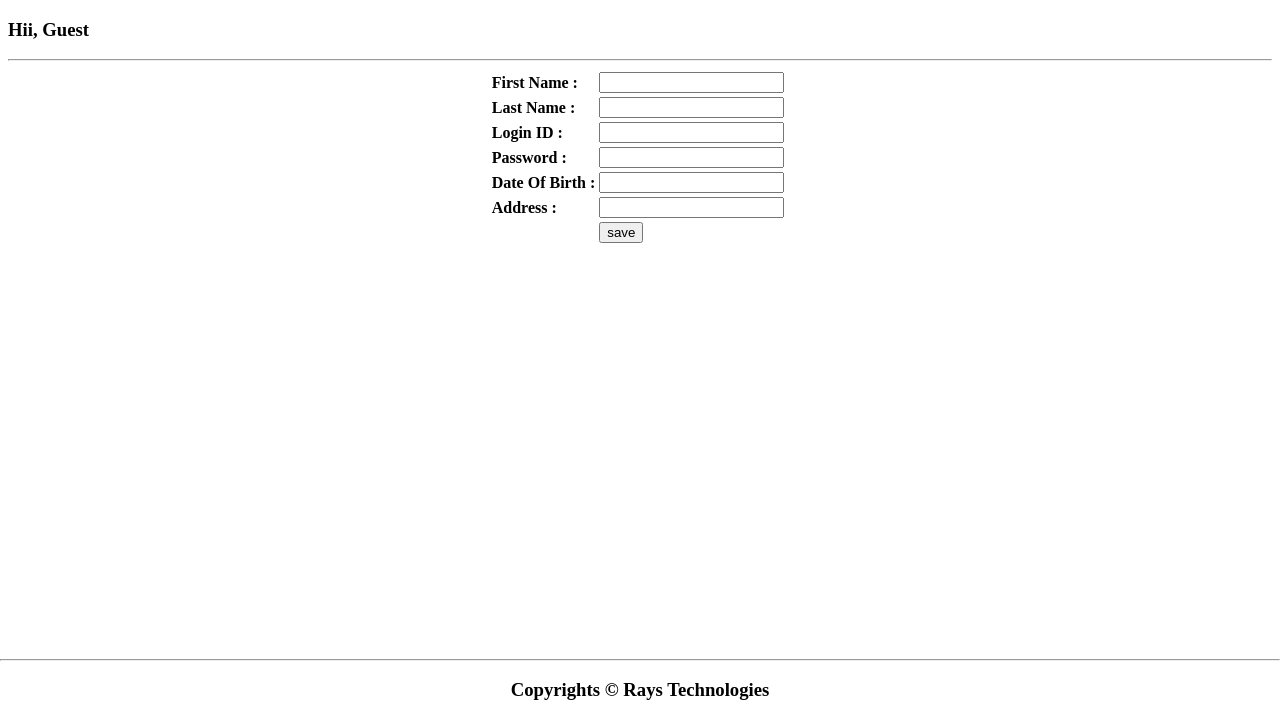
Repository: Kapildudhe123/SpringMVC
Page: http://localhost/spring-mvc-01/WEB-INF/pages/UserView.jsp
The author's editor kept a copy of each file at every save. The page is drawn from the files as they stood at one save, then again after the next save.
The browser window is 1280 px wide. The pictures show the whole page.
The page is served by Tomcat 9. Nobody is signed in. The template is opened directly, without the code that normally fills it, so the values that code supplies are empty.

Above is the page before, as saved 2024-04-04 15:24:43.

After the next save:
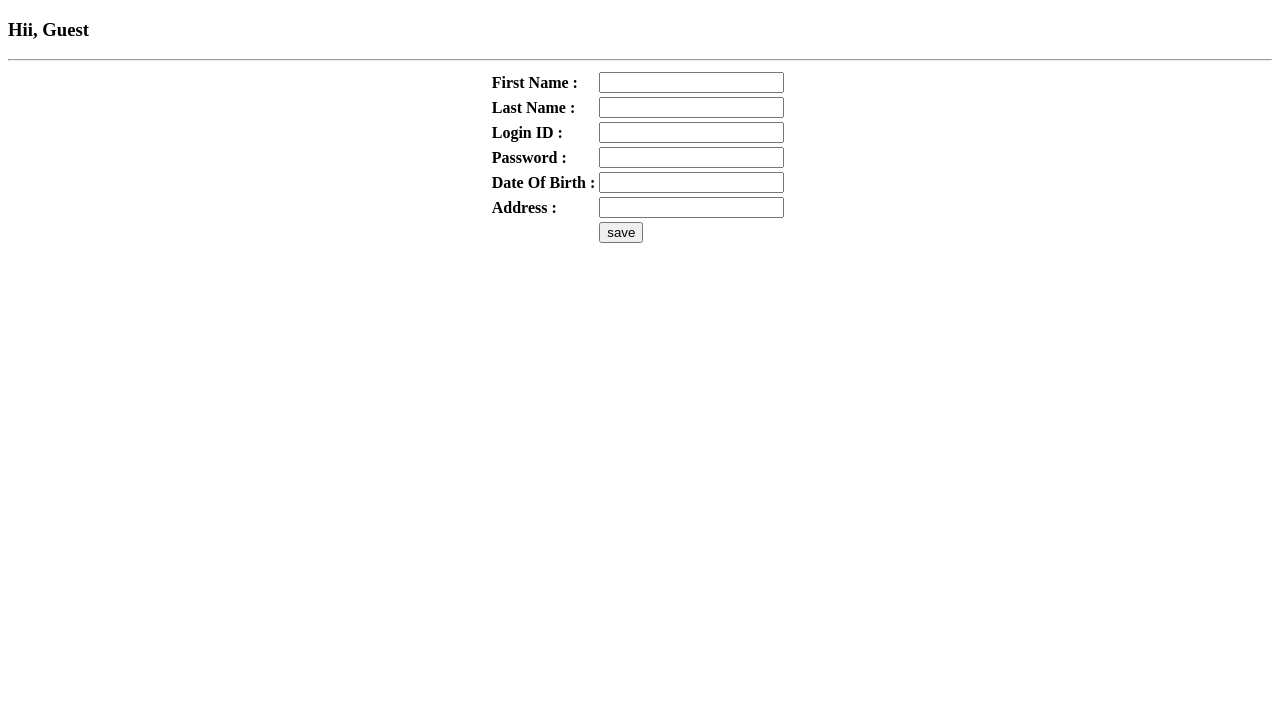
Saved 84 s later.
--- a/SpringMVC/spring-mvc-01/src/main/webapp/WEB-INF/pages/UserView.jsp
+++ b/SpringMVC/spring-mvc-01/src/main/webapp/WEB-INF/pages/UserView.jsp
@@ -59,6 +59,6 @@
 			</table>
 		</div>
 	</sf:form>
-	<%@ include file="Footer.jsp"%>
+	<%-- <%@ include file="Footer.jsp"%> --%>
 </body>
 </html>
